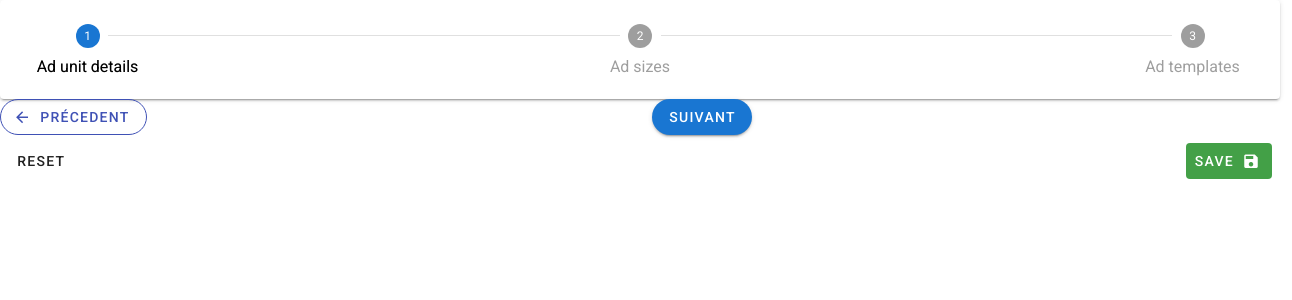
Repository: SidneyHodieb/myc
Page: /addsource
These files come from the project's save history. The page is drawn as it stood at one moment and after the next save; the edit follows.
The browser window is 1280 px wide. The page is 1292 px wide, so the pictures cover 1292 px, including what lies to the right of the window. The pictures show the whole page.
The project was rebuilt for these pictures with package versions that can differ from the ones it lists, and the page was loaded fresh each time. Also part of the build but not shown: vue.config.js, src/views/Home.vue, src/views/addSource/components/format.vue, src/views/addSource/components/card.vue, src/views/addSource/components/trigger.vue.

Above is the page before, as saved 2021-04-03 17:57:59.

After the next save:
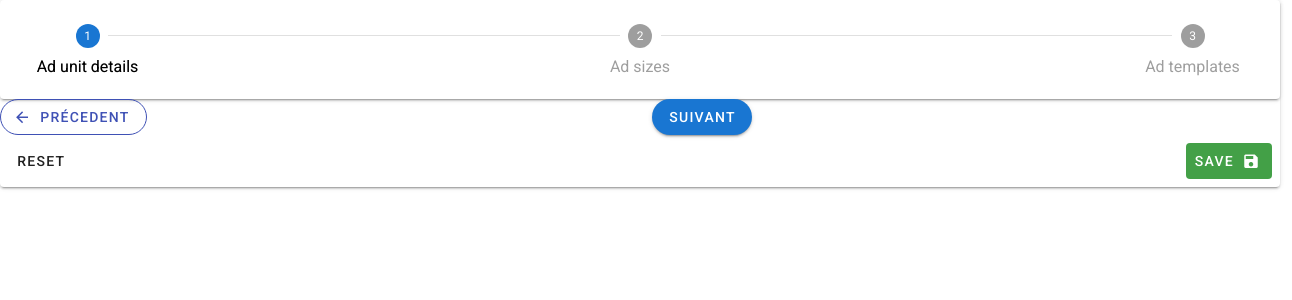
Saved 23 s later.
--- a/src/views/addSource/column.vue
+++ b/src/views/addSource/column.vue
@@ -1,5 +1,5 @@
 <template>
-  <div>
+  <v-card>
     <!-- Header -->
       <v-stepper alt-labels>
           <v-stepper-header>
@@ -78,7 +78,7 @@
     >
       <v-responsive height="1500"></v-responsive>
     </v-sheet> -->
-  </div>
+  </v-card>
 </template>
 
 <script>
